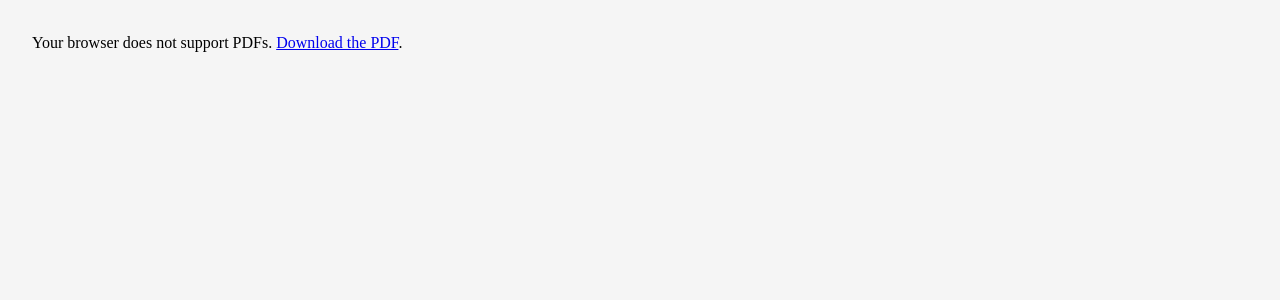
Repository: aaurdanet/Portfolio
Page: cv/resume_index.html
These files come from the project's save history. The page is drawn as it stood at one moment and after the next save; the edit follows.
The browser window is 1280 px wide. The pictures show the whole page.

Above is the page before, as saved 2024-10-28 09:32:50.

### cv/resume_index.html
<!DOCTYPE html>
<html lang="en">
<head>
    <meta charset="UTF-8">
    <meta name="viewport" content="width=device-width, initial-scale=1.0">
    <meta name="description" content="Resume">
    <link rel="icon" href="../static/assets/css/images/aulogo.jpg">
    <title>Antonio Urdaneta's Resume</title>
    <style>
        html, body {
            height: 100%;
            margin: 0;
            background-color: #f5f5f5;
        }

        .pdf-container {
            width: 100%;
            height: 100vh;
            display: flex;
            justify-content: center;
            align-items: center;
            padding: 0;
            margin: 0;
        }

        #pdf-object {
            border: none;
            width: 95vw;
            height: 95vh;
            overflow: hidden;
        }

        #pdf-object object {
            width: 100%;
            height: 100%;
            object-fit: contain;
        }

        @media (max-width: 768px) {
            #pdf-object {
                width: 90vw;
                height: 90vh;
            }
        }
    </style>
</head>
<body>
    <div class="pdf-container">
        <div id="pdf-object">
            <object id="pdf" type="application/pdf" data="resume.pdf" width="100%" height="100%">
                <p>Your browser does not support PDFs. <a href="resume.pdf">Download the PDF</a>.</p>
            </object>
        </div>
    </div>
</body>
</html>

After the next save:
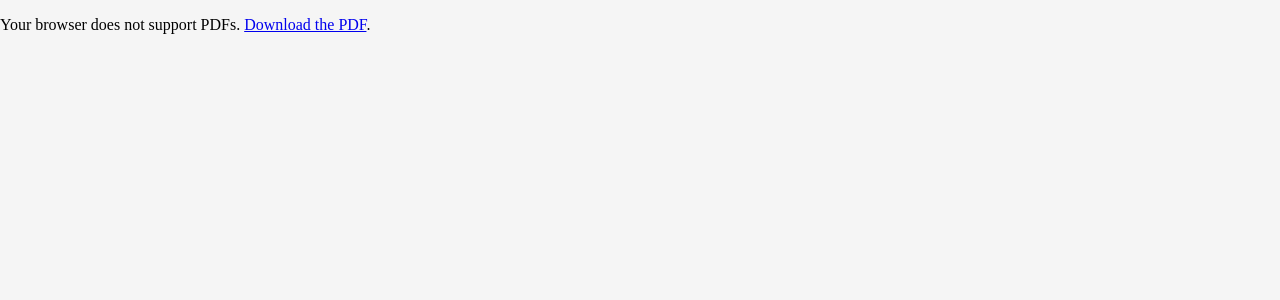
Saved 17 s later.
--- a/cv/resume_index.html
+++ b/cv/resume_index.html
@@ -25,8 +25,8 @@
 
         #pdf-object {
             border: none;
-            width: 95vw;
-            height: 95vh;
+            width: 100vw;
+            height: 100vh;
             overflow: hidden;
         }
 
